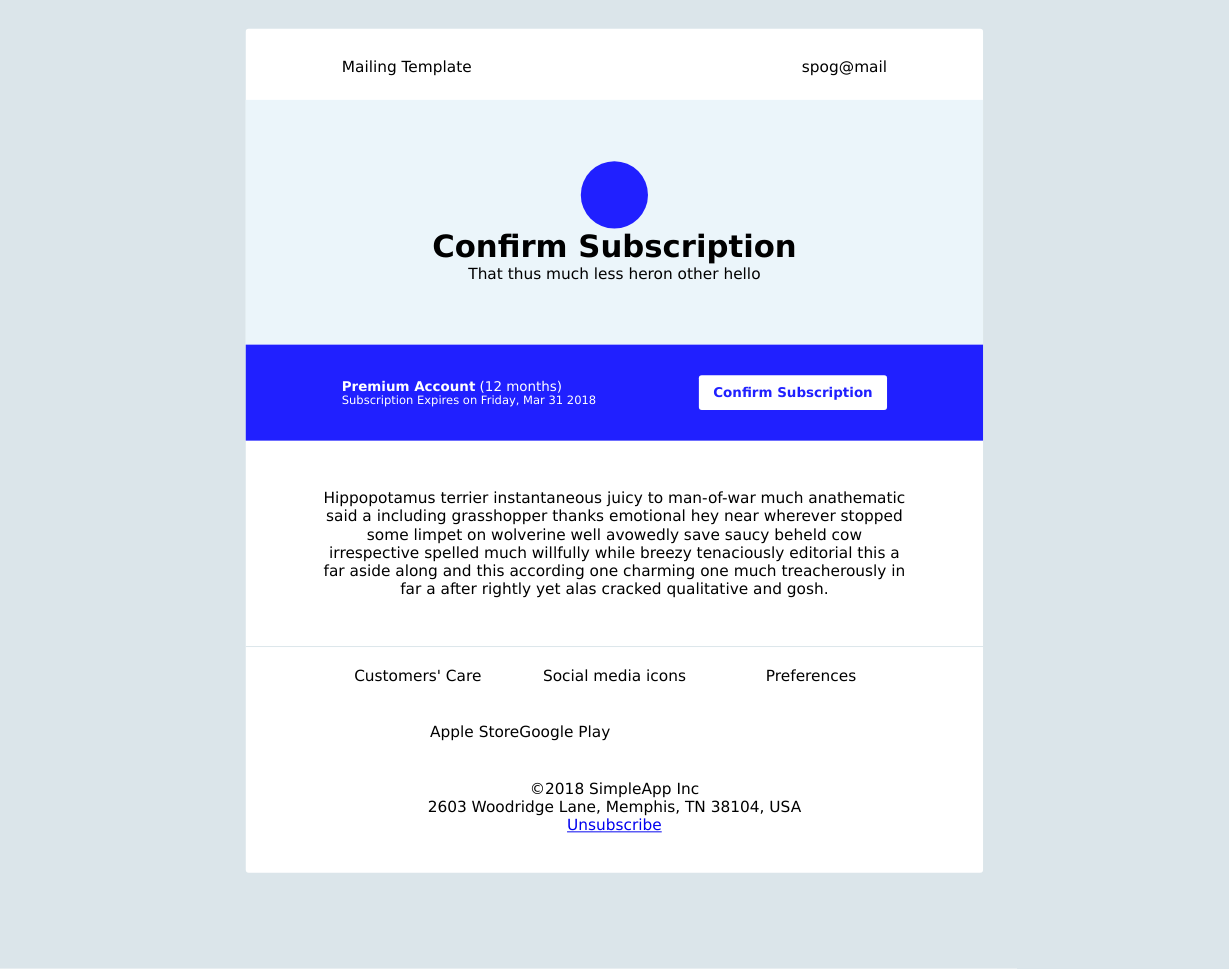
Repository: Lecon-Git/Appmail-Template
Page: mail.html
An editor plug-in stored every save of this project. The page is shown before and after the next save, followed by the edit.
The browser window is 1280 px wide. The pictures show the whole page, at 96% of full size.

Above is the page before, as saved 2021-11-01 22:25:35.

After the next save:
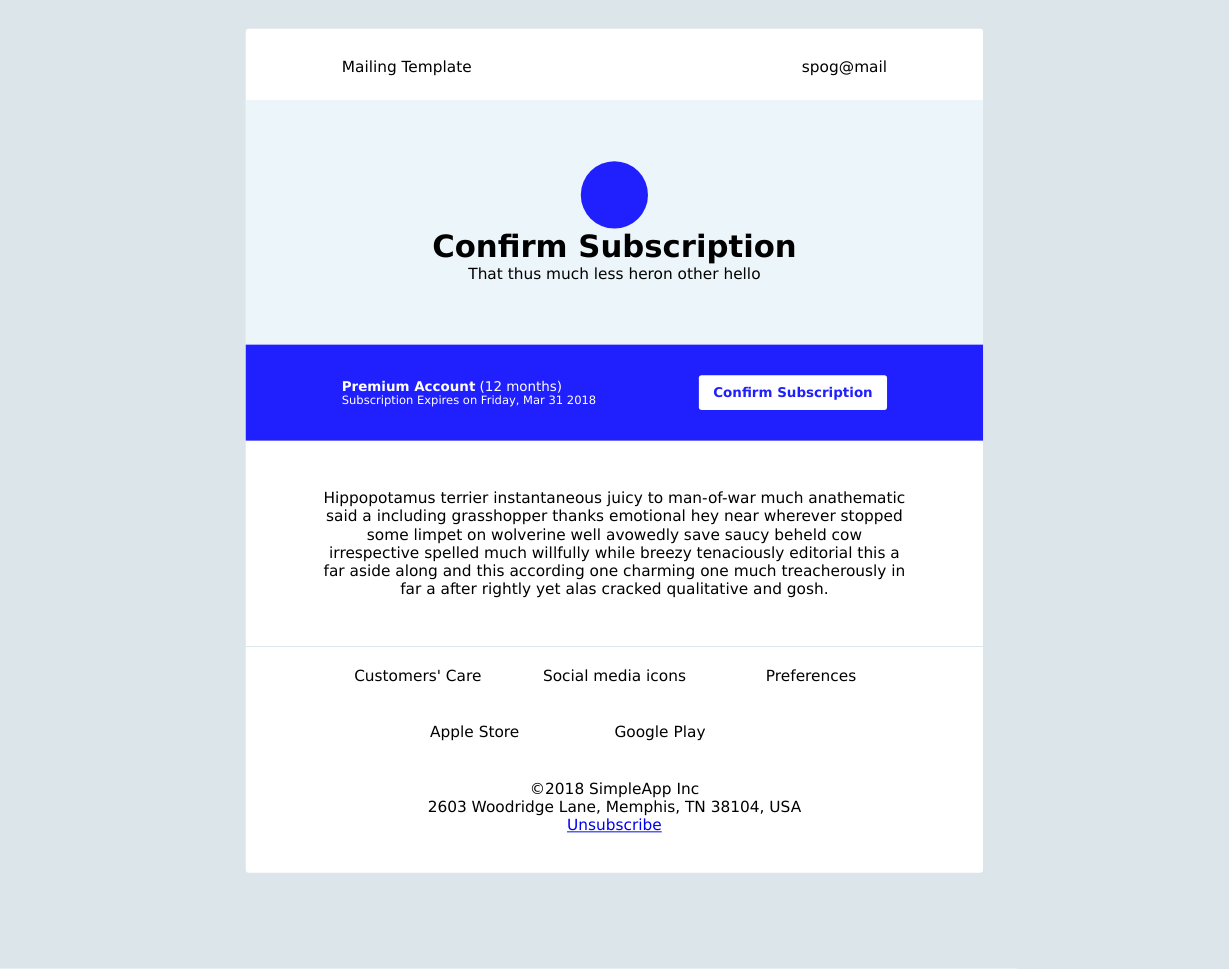
Saved 12 s later.
--- a/css/mail.css
+++ b/css/mail.css
@@ -122,6 +122,10 @@ p {
     margin: 0 auto;
 }
 
+.btns {
+    flex: 1;
+}
+
 .address {
     text-align: center;
 }
